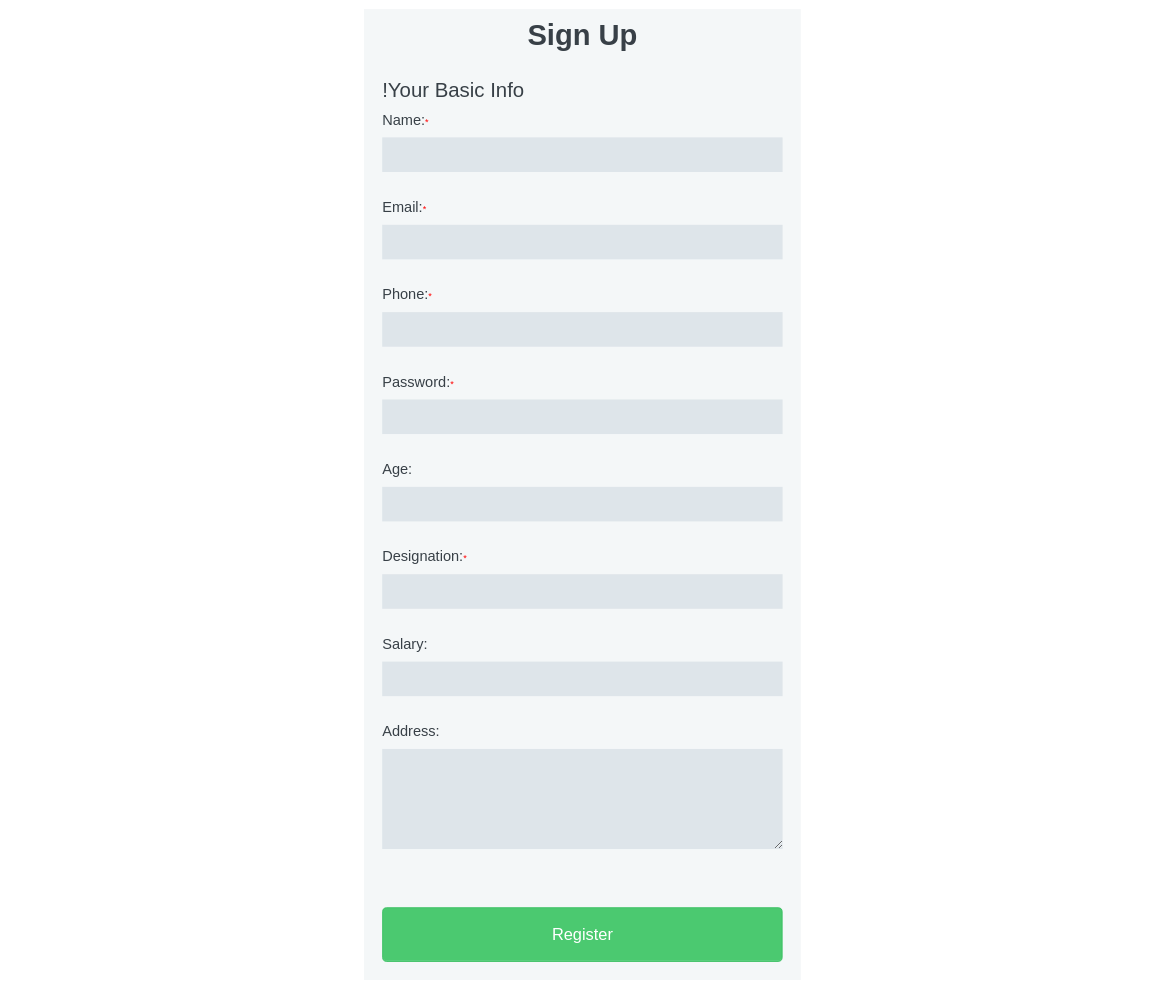
Repository: muzamil-mia/Advance_java_jspiders
Page: employee_servlet_project/src/main/webapp/register.html
An editor plug-in stored every save of this project. The page is shown before and after the next save, followed by the edit.
The browser window is 1280 px wide. The pictures show the whole page, at 91% of full size.

Above is the page before, as saved 2024-02-19 17:34:25.

### employee_servlet_project/src/main/webapp/register.html
<!DOCTYPE html>
<html>
<head>
<meta charset="ISO-8859-1">
<title>Register</title>
<style>
*{
      margin: 0;
      padding: 0;
      font-family: 'Nunito', sans-serif;
      color: #384047;
      box-sizing: border-box;
     }
     form{
      max-width: 300px;
      margin: 10px auto;
      padding: 10px 20px;
      background-color:  #f4f7f8;
      border: 8px;
     }

     h1{
      margin: 0 0 30px 0;
      text-align: center;
     }
     input[type="text"],
     input[type="password"],
     input[type="email"],
     input[type="number"],
     input[type="tel"],
     textarea{
      background: rgba(255, 254, 254, 0.1);
      /* border: none; */
      font-size: 16px;
      height: auto;
      margin: 0;
      outline: 0;
      padding: 10px;
      width: 100%;
      background-color: #dee5ea;
      color: #8a97a0;
      box-shadow: 0 1px 0 rgba(0,0,0,0,0.3);
      margin-bottom: 30px;
      border: none;
     }
     form fieldset{
      margin-bottom: 30px;
      border: none;
     }
     legend{
      font-size: 1.4em;
      margin-bottom: 10px;
     }

     label{
      display: block;
      margin-bottom: 10px;
     }
     button{
      padding: 19px 39px 18px 39px;
      color: #fff;
      background-color: #4bc970;
      font-size: 18px;
      text-align: center;
      font-size: normal;
      border-radius: 5px;
      width: 100%;
      border: 1px solid #3ac162;
      box-shadow: 0 -1px 0 rgba(255,255,255,0.1) inset;
      margin-bottom: 10px;
     }
     button:hover{
     background-color: #209a44;
     }

     @media screen  and (min-width: 480px) {
      form{
        max-width: 480px;
      }
     }
     .required::after{
     content:"*";
     color:red;
     font-size:10px;
     }
</style>
</head>
<body>
<form action="save">
        <h1>Sign Up</h1>
        <fieldset>
          <legend><span class="number">!</span>Your Basic Info</legend>
          <label class ="required" for="name">Name:</label>
          <input type="text" name="name" autofocus required>

          <label class ="required" for="email">Email:</label>
          <input type="email" name="email" required>

          <label class ="required" for="phone">Phone:</label>
          <input type="tel" name="phone" required>

          <label class ="required" for="password">Password:</label>
          <input type="password" name="password" required>

          <label for="age">Age:</label>
          <input type="number" name="age">

          <label class ="required" for="designation">Designation:</label>
          <input type="text" name="designation" required>

          <label for="salary">Salary:</label>
          <input type="text" name="salary">

          <label for="address">Address:</label>
          <textarea name="address" id="" cols="20" rows="5"></textarea>
        </fieldset>
        <button type="submit">Register</button>
      </form>
</body>
</html>

After the next save:
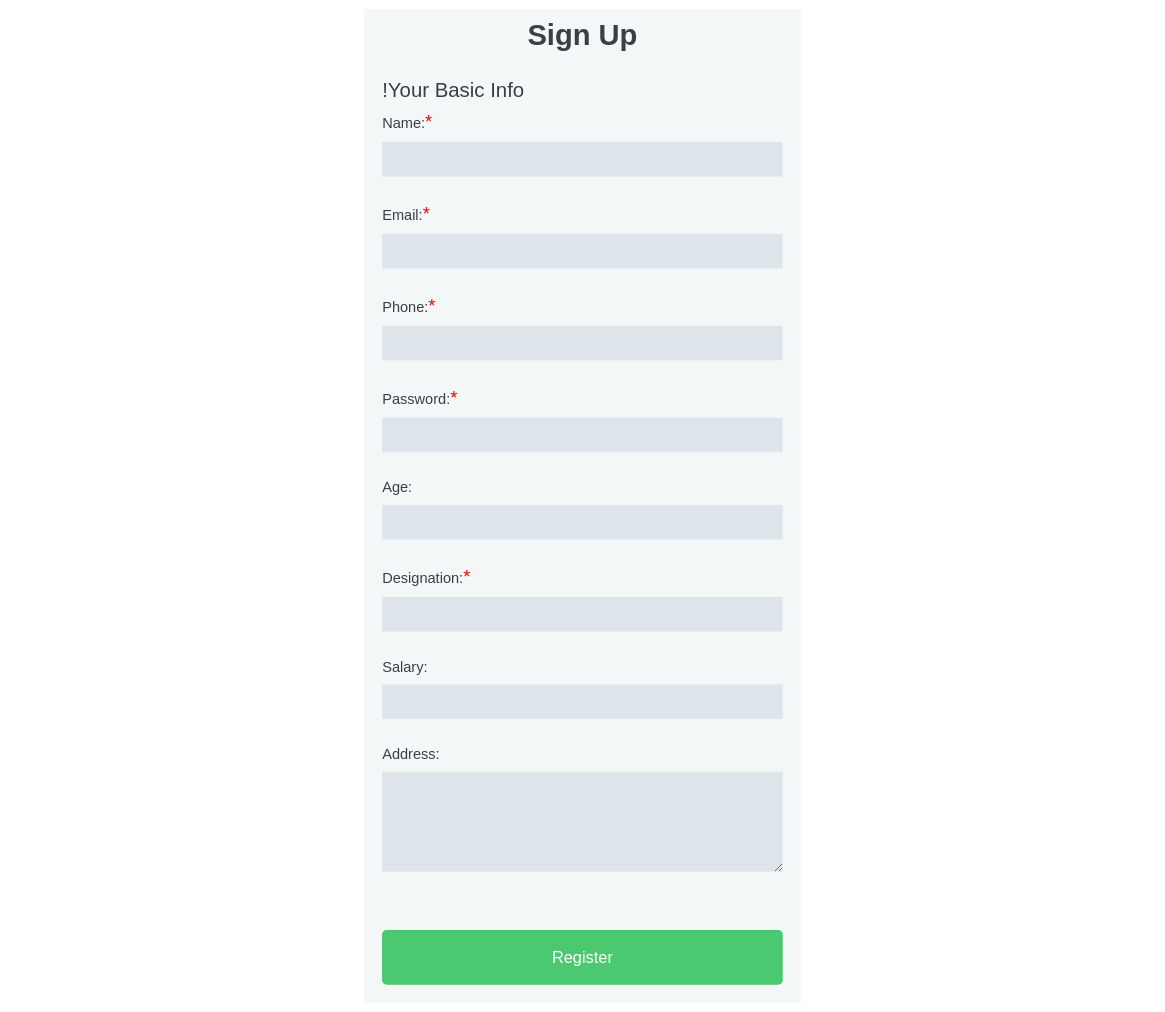
Saved 8 s later.
--- a/employee_servlet_project/src/main/webapp/register.html
+++ b/employee_servlet_project/src/main/webapp/register.html
@@ -81,7 +81,7 @@
      .required::after{
      content:"*";
      color:red;
-     font-size:10px;
+     font-size:20px;
      }
 </style>
 </head>
